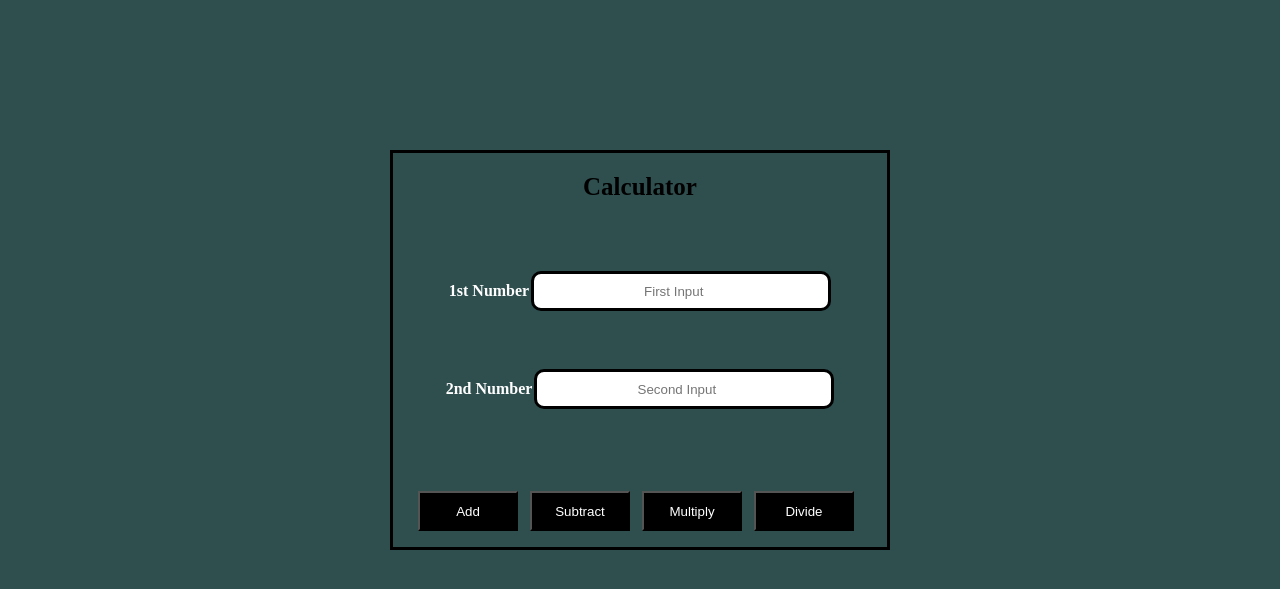
Repository: Shreyash1107/Intern_Projects
Page: Calculator/src/main/webapp/Calculator.html
An editor plug-in stored every save of this project. The page is shown before and after the next save, followed by the edit.
The browser window is 1280 px wide. The pictures show the whole page.

Above is the page before, as saved 2024-07-03 11:15:11.

After the next save:
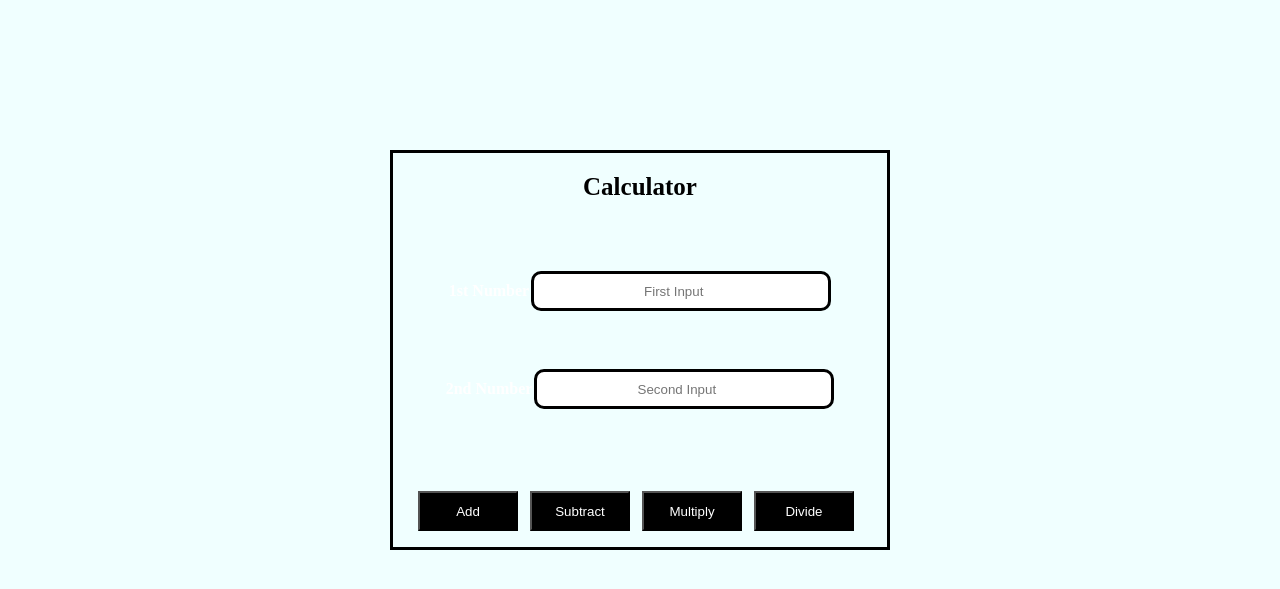
Saved 29 s later.
--- a/Calculator/src/main/webapp/style.css
+++ b/Calculator/src/main/webapp/style.css
@@ -7,7 +7,7 @@
 }
 body
 {
-	background-color:darkslategrey;
+	background-color:azure;
 }
 .wrapper
 {
